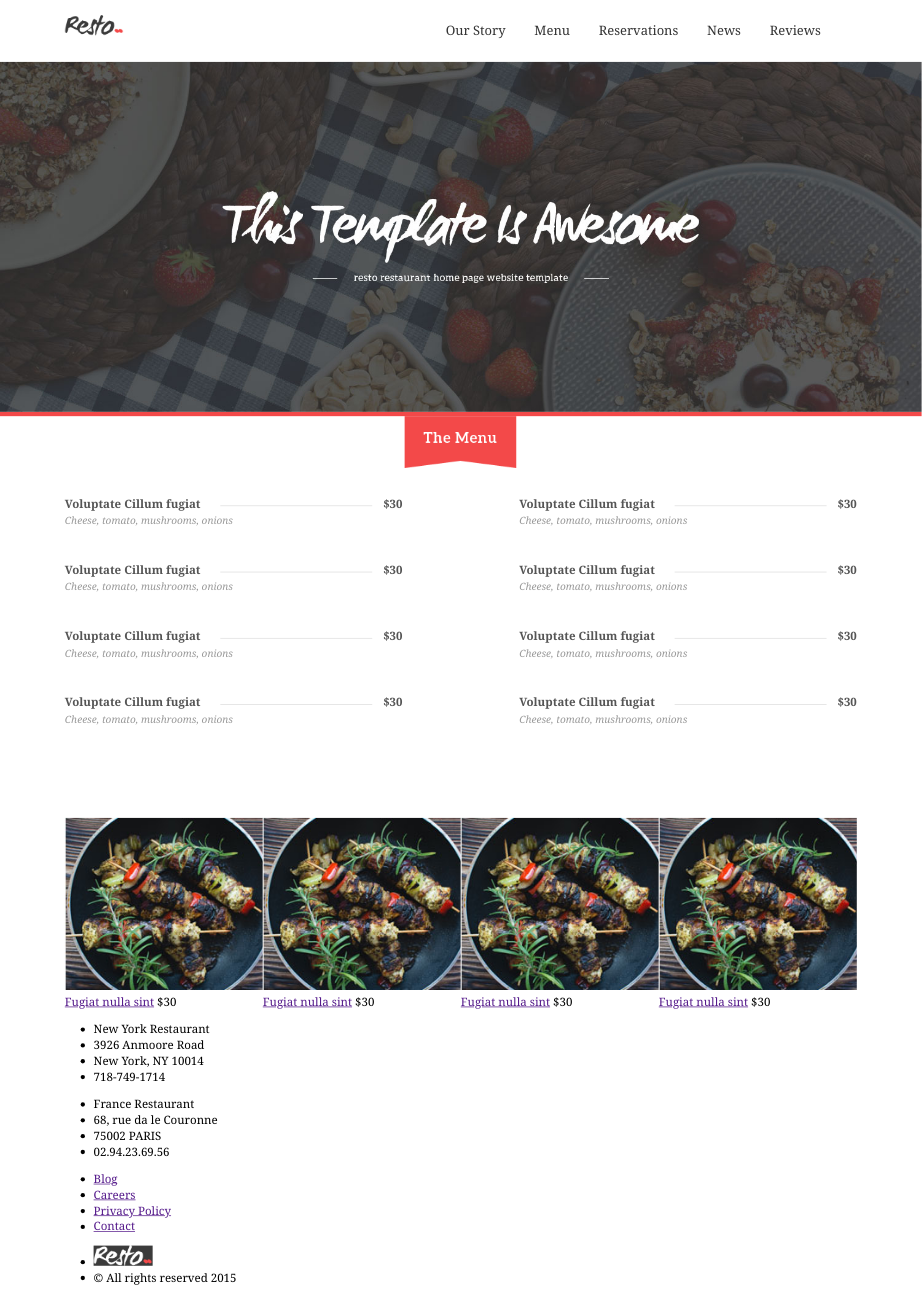
Repository: Piterwk1/psd-to-wordpress
Page: index.html
An editor plug-in stored every save of this project. The page is shown before and after the next save, followed by the edit.
The browser window is 1280 px wide. The pictures show the whole page, at 72% of full size.

Above is the page before, as saved 2021-09-23 03:40:16.

After the next save:
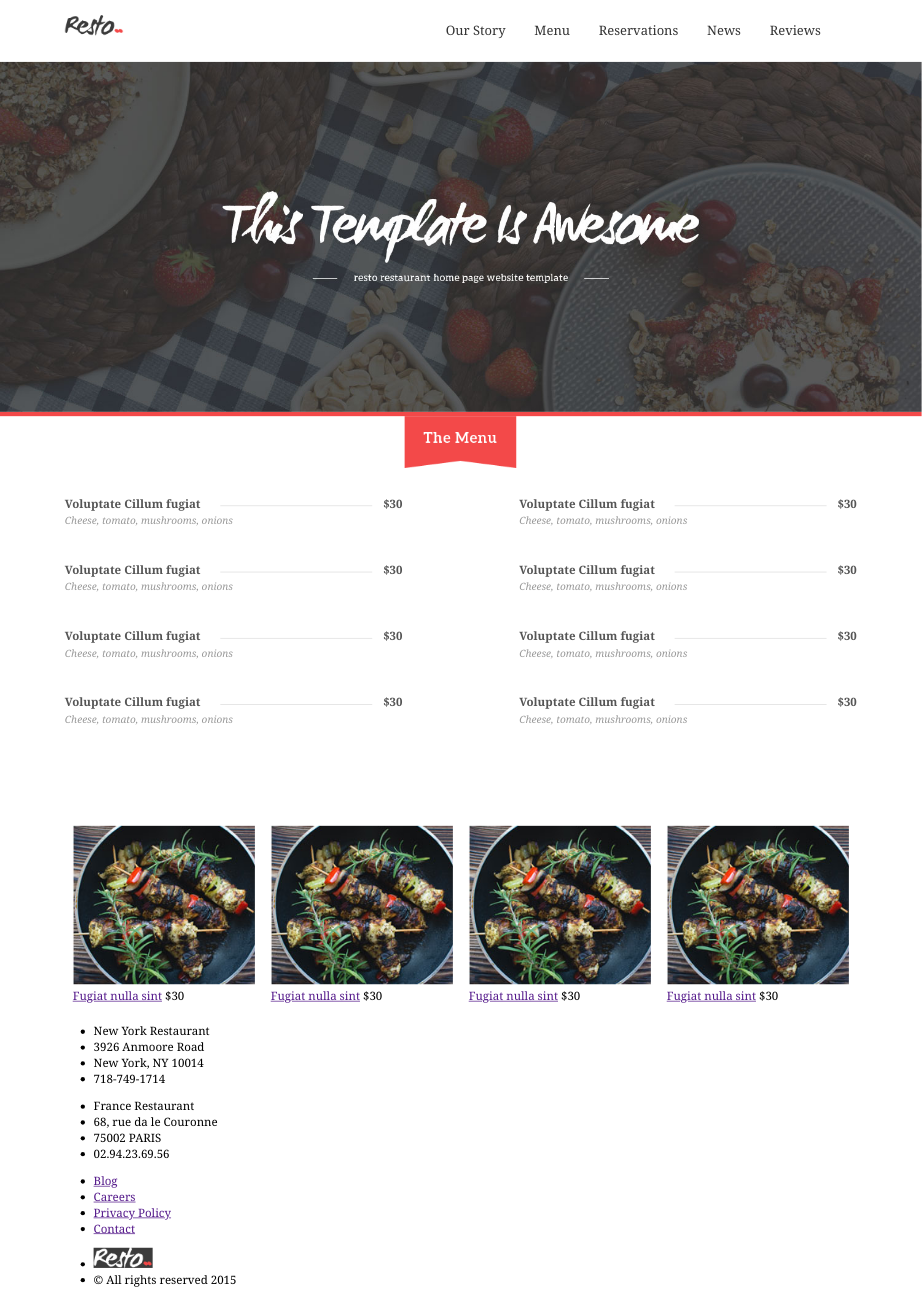
Saved 94 s later.
--- a/style.css
+++ b/style.css
@@ -127,6 +127,7 @@ nav {
 
 #featured li {
     list-style: none;
+    margin: 1%;
 }
 
 #featured li img{
